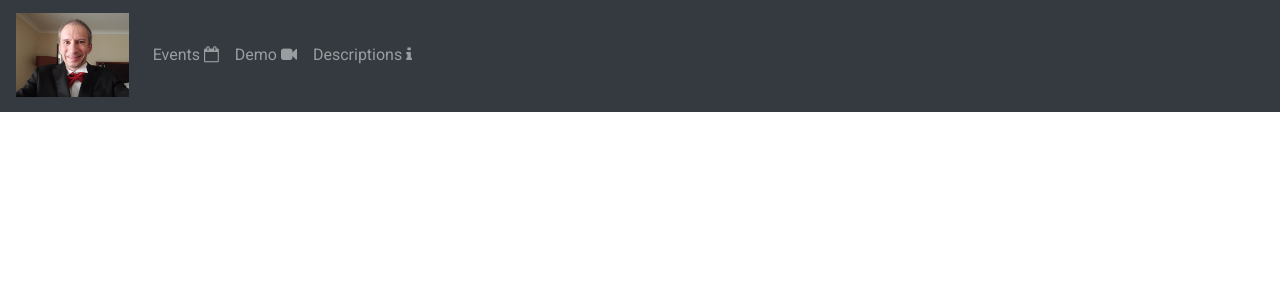
Repository: derektypist/product-landing-page
Page: index.html
The author's editor kept a record of every edit. The page is drawn from the files as they stood at one moment, then again after the next edit.
The browser window is 1280 px wide. The pictures show the whole page.

Above is the page before.

### index.html
<!DOCTYPE html>
<html lang="en">

<head>
    <meta charset="UTF-8">
    <meta name="viewport" content="width=device-width, initial-scale=1.0">
    <meta http-equiv="X-UA-Compatible" content="ie=edge">
    <title>Product Landing Page</title>
    <!-- Load Style Sheets -->
    <link rel="stylesheet" href="https://maxcdn.bootstrapcdn.com/bootstrap/4.4.1/css/bootstrap.min.css" integrity="sha384-Vkoo8x4CGsO3+Hhxv8T/Q5PaXtkKtu6ug5TOeNV6gBiFeWPGFN9MuhOf23Q9Ifjh" crossorigin="anonymous">
    <link rel="stylesheet" href="https://maxcdn.bootstrapcdn.com/font-awesome/4.7.0/css/font-awesome.min.css" type="text/css" />
    <link href="https://fonts.googleapis.com/css?family=Roboto&display=swap" rel="stylesheet">
    <style>
        /* Header and Navigation */

        #header {
            font-family: "Roboto", Arial, Verdana, sans-serif;
        }

        #header-img {
            max-height: 84px;
        }

        #nav-bar {
            padding-bottom: 10px;
        }
    </style>
</head>

<body>
    <!-- Set Up Header -->
    <header id="header">
        <!-- Set Up Navigation -->
        <nav class="navbar navbar-expand navbar-dark bg-dark fixed-top" id="nav-bar">
            <a class="navbar-brand" href="index.html"><img src="derek.JPG" title="Derek Dhammaloka" alt="Derek Dhammaloka" id="header-img"></a>
            <button class="navbar-toggler" type="button" data-toggle="collapse" data-target="navbarSupportedContent" aria-controls="navbarSupportedContent" aria-expanded="false" aria-label="Toggle navigation">
    <span class="navbar-toggler-icon"></span>
  </button>
            <div class="collapse navbar-collapse" id="navbarSupportedContent">
                <ul class="navbar-nav mr-auto">
                    <li class="nav-item">
                        <a class="nav-link" href="#">Events <i class="fa fa-calendar-o" aria-hidden="true"></i></a>
                    </li>
                    <li class="nav-item">
                        <a class="nav-link" href="#">Demo <i class="fa fa-video-camera" aria-hidden="true"></i></a>
                    </li>
                    <li class="nav-item">
                        <a class="nav-link" href="#">Descriptions <i class="fa fa-info" aria-hidden="true"></i></a>
                    </li>
                </ul>
        </nav>
    </header>
</body>

</html>

After the next edit:
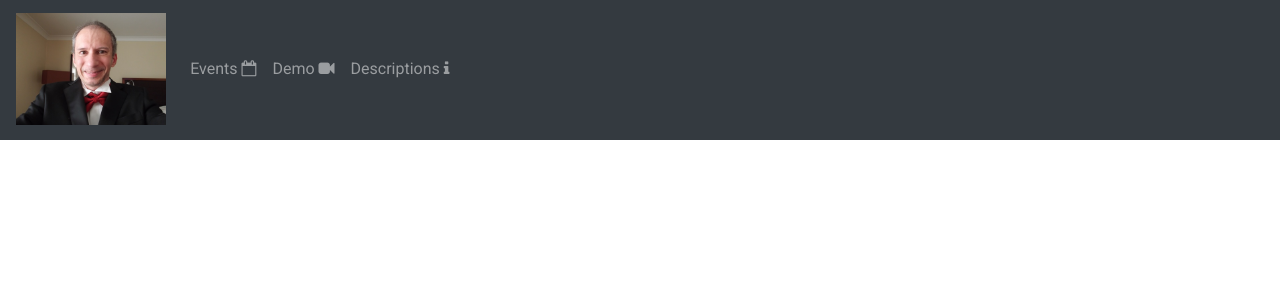
The edit:
--- a/index.html
+++ b/index.html
@@ -18,7 +18,7 @@
         }
 
         #header-img {
-            max-height: 84px;
+            max-height:112px;
         }
 
         #nav-bar {
